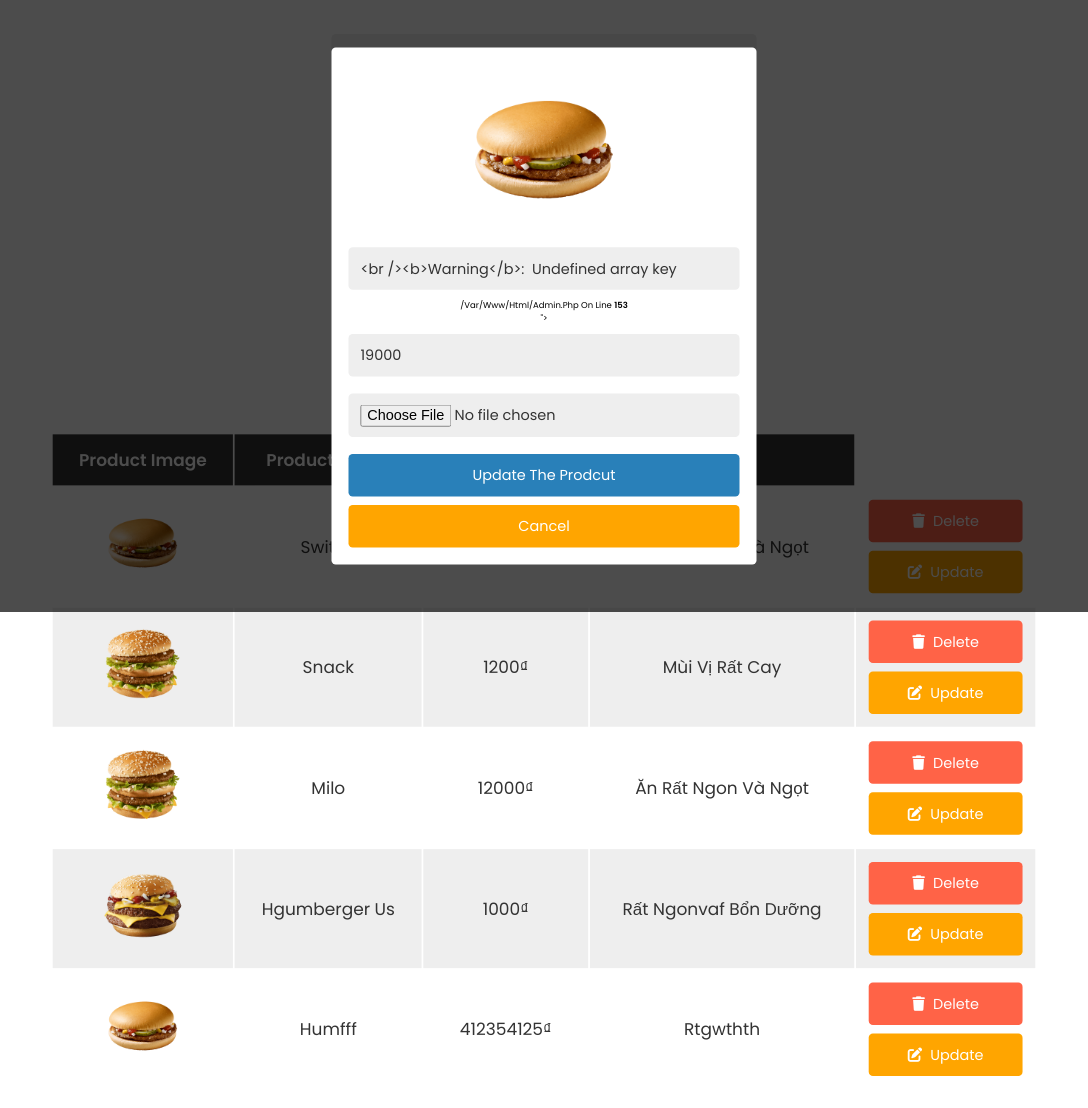
Repository: yennobita/FPT-PHP1
Page: http://localhost/admin.php?edit=22
An editor plug-in stored every save of this project. The page is shown before and after the next save, followed by the edit.
The browser window is 1280 px wide. The pictures show the whole page, at 85% of full size.
The page is run by PHP 8.4 with error messages shown; the project is at /var/www/html/. The database holds what the project's SQL file puts in it.

Above is the page before, as saved 2022-08-03 09:34:52.
Console error: TypeError: Cannot set properties of null (setting 'onclick')

After the next save:
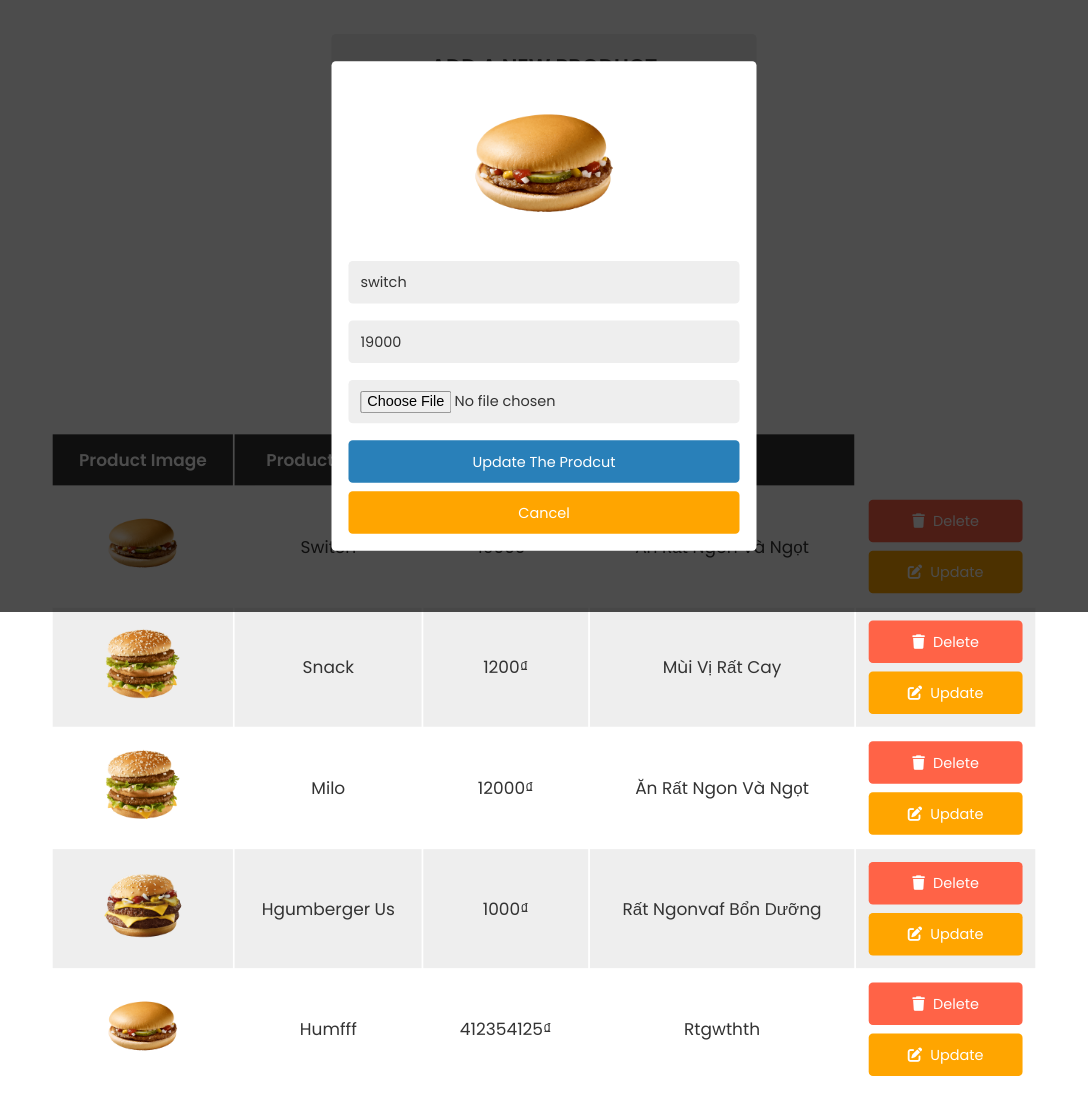
Saved 5 min 13 s later.
--- a/ASM_PHP1/admin.php
+++ b/ASM_PHP1/admin.php
@@ -150,7 +150,7 @@ if(isset($message)){
    <form action="" method="post" enctype="multipart/form-data">
       <img src="uploaded_img/<?php echo $fetch_edit['product_image']; ?>" height="200" alt="">
       <input type="hidden" name="update_p_id" value="<?php echo $fetch_edit['id']; ?>">
-      <input type="text" class="box" required name="update_p_name" value="<?php echo $fetch_edit['product-name']; ?>">
+      <input type="text" class="box" required name="update_p_name" value="<?php echo $fetch_edit['product_name']; ?>">
       <input type="number" min="0" class="box" required name="update_p_price" value="<?php echo $fetch_edit['product_price']; ?>">
       <input type="file" class="box" required name="update_p_image" accept="image/png, image/jpg, image/jpeg">
       <input type="submit" value="update the prodcut" name="update_product" class="btn">
